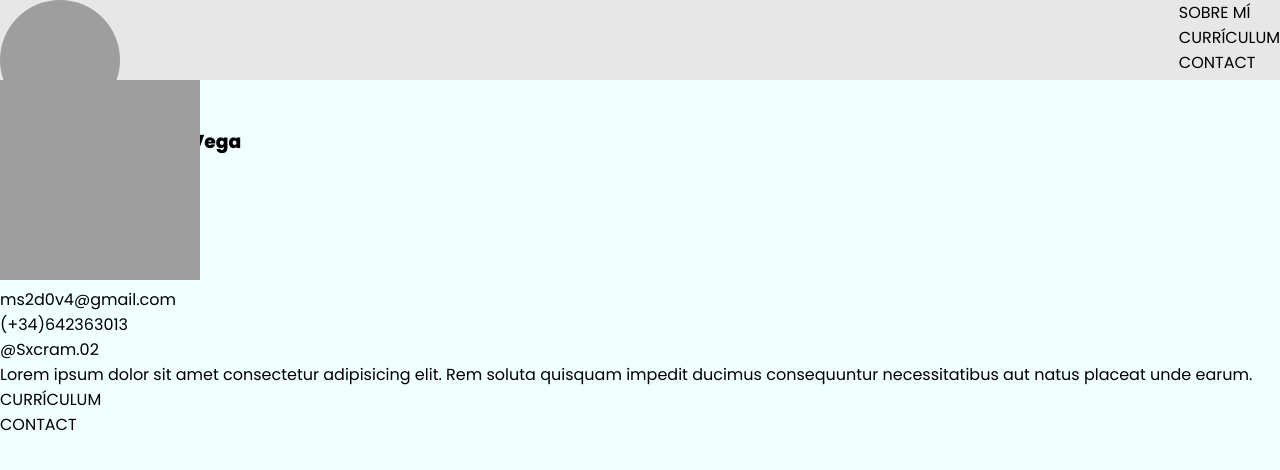
Repository: Sxcram02/Portfoliov.2
Page: index.html
The author's editor kept a copy of each file at every save. The page is drawn from the files as they stood at one save, then again after a run of saves.
The browser window is 1280 px wide. The pictures show the whole page.
Pictures or frames that could not be fetched are drawn as grey boxes.

Above is the page before, as saved 2023-04-10 23:46:26.

After the next 2 saves:
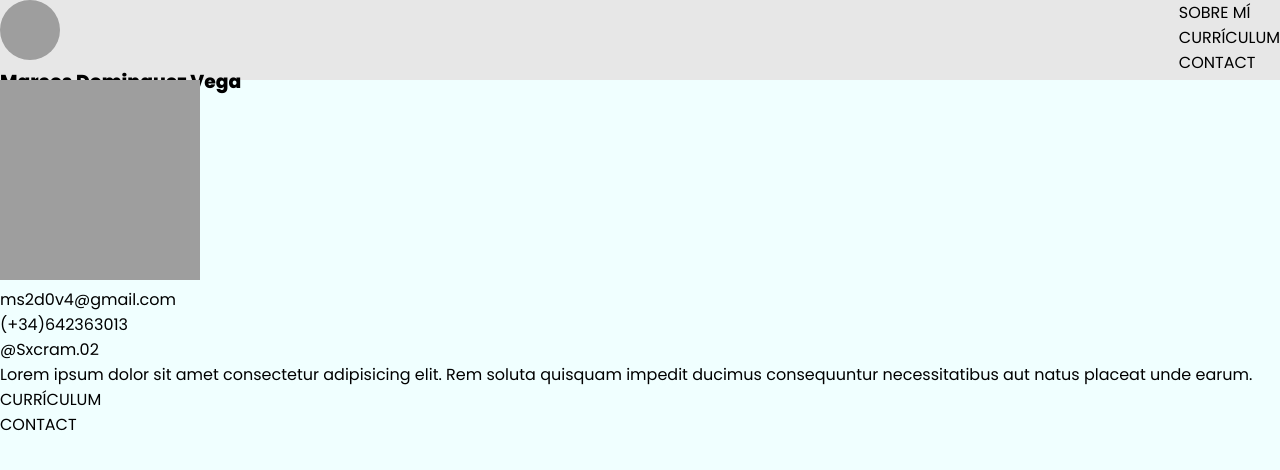
The 2 saves are shown as one change because they came seconds apart.
The last was saved 11 s later.
--- a/css/style.css
+++ b/css/style.css
@@ -24,7 +24,7 @@ header {
 }
 
 .box-porfile > img {
-    width: 120px;
-    height: 120px;
+    width: 60px;
+    height: 60px;
     border-radius: 100%;
 }
